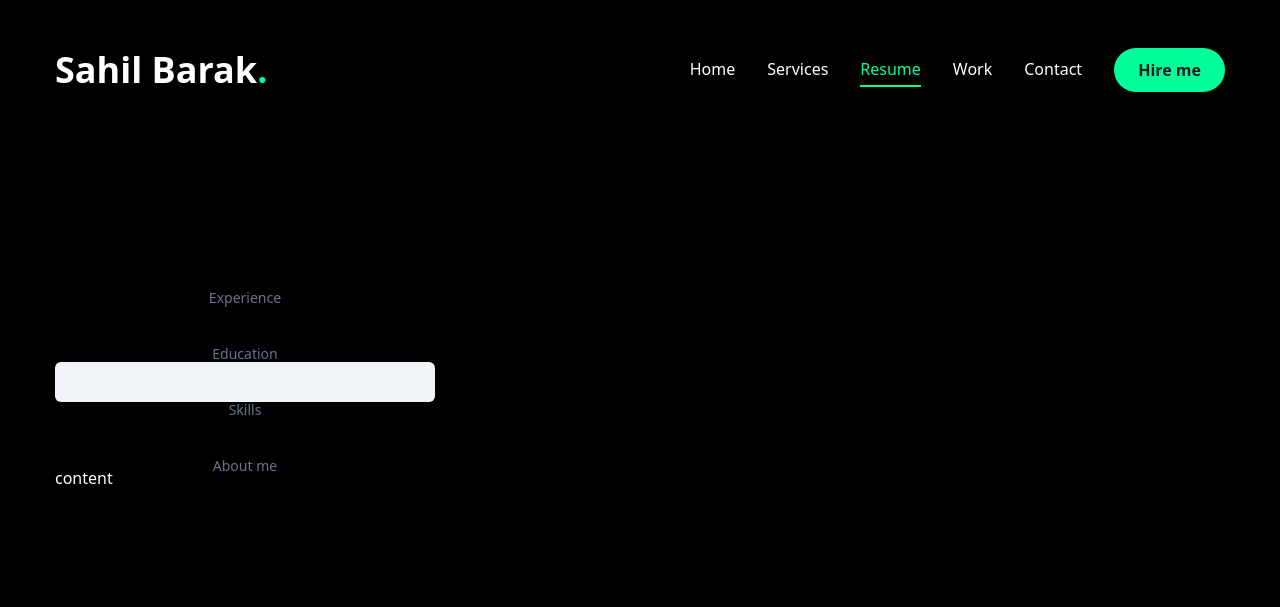
Repository: Moxsahil/My_portfolio
Page: /resume (app in sahil-portfolio/)
The author's editor kept a copy of each file at every save. The page is drawn from the files as they stood at one save, then again after the next save.
The browser window is 1280 px wide. The pictures show the whole page.
The project was rebuilt for these pictures with package versions that can differ from the ones it lists, and the page was loaded fresh each time. The framework's server and built-in components were replaced by stand-ins that run in the browser. Also part of the build but not shown: sahil-portfolio/next.config.mjs, sahil-portfolio/components/ui/tooltip.jsx, sahil-portfolio/components/ui/scroll-area.jsx.

Above is the page before, as saved 2024-10-04 16:28:42.

After the next save:
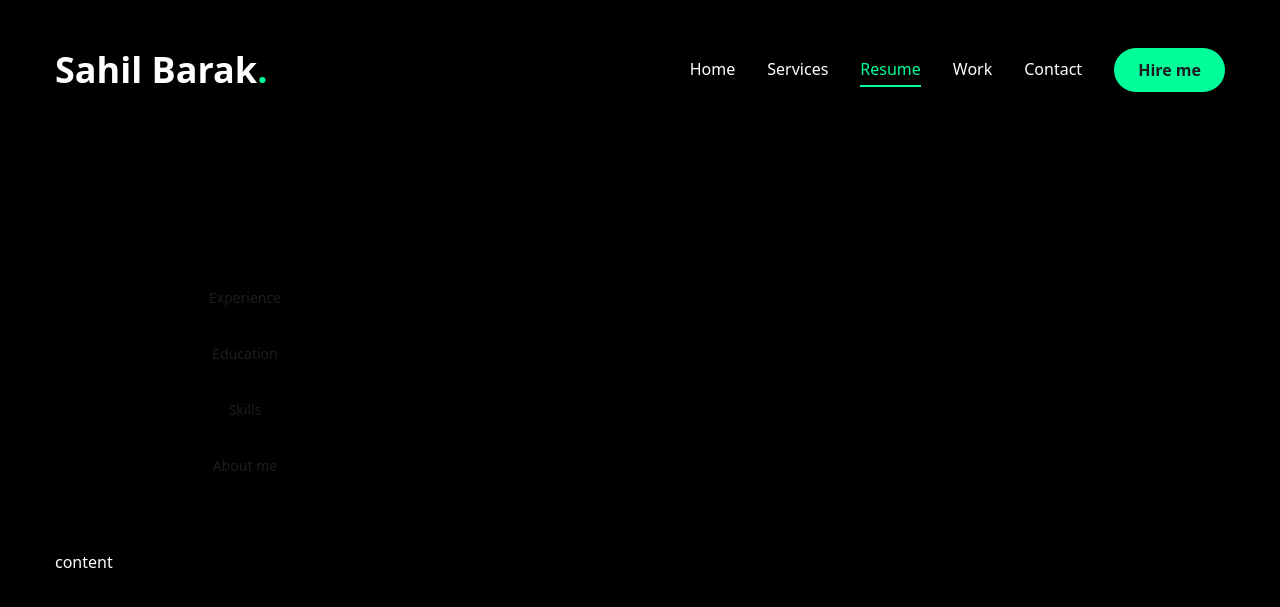
Saved 28 h 21 min later.
--- a/sahil-portfolio/components/ui/tabs.jsx
+++ b/sahil-portfolio/components/ui/tabs.jsx
@@ -11,9 +11,7 @@
   <TabsPrimitive.List
     ref={ref}
     className={cn(
-      "inline-flex h-10 items-center justify-center rounded-md bg-slate-100 p-1 text-slate-500 dark:bg-slate-800 dark:text-slate-400",
-      className
-    )}
+      "inline-flex h-auto rounded-md p-1 text-primary", className )}
     {...props} />
 ))
 TabsList.displayName = TabsPrimitive.List.displayName
